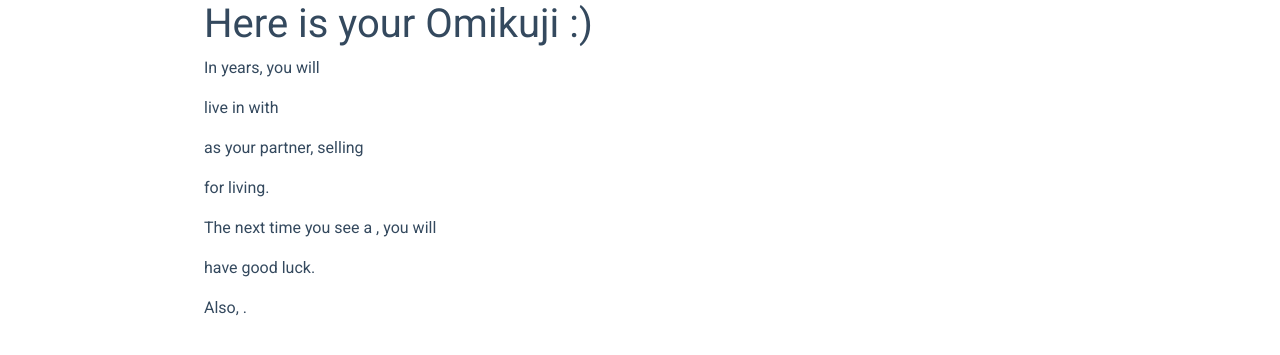
Repository: BensonFirdy/java
Page: http://localhost/Omikuji/WEB-INF/show.jsp
An editor plug-in stored every save of this project. The page is shown before and after the next save, followed by the edit.
The browser window is 1280 px wide. The pictures show the whole page.
The page is served by Tomcat 9. Nobody is signed in. The template is opened directly, without the code that normally fills it, so the values that code supplies are empty.

Above is the page before, as saved 2022-06-29 03:50:36.
Not found: Omikuji/js/app.js

After the next save:
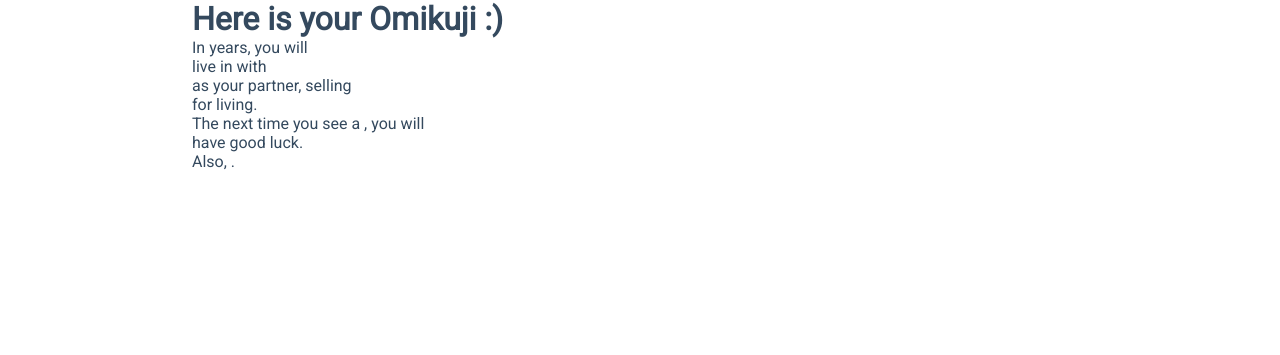
Saved 63 s later.
--- a/Omikuji/src/main/webapp/WEB-INF/show.jsp
+++ b/Omikuji/src/main/webapp/WEB-INF/show.jsp
@@ -9,11 +9,8 @@
 <head>
 <meta charset="UTF-8">
 <title>Omikuji Form</title>
-  <!-- Bootstrap -->
-<link href="https://cdn.jsdelivr.net/npm/bootstrap@5.0.2/dist/css/bootstrap.min.css"
-      rel="stylesheet"
-      integrity="sha384-EVSTQN3/azprG1Anm3QDgpJLIm9Nao0Yz1ztcQTwFspd3yD65VohhpuuCOmLASjC"
-      crossorigin="anonymous">
+
+
 
 <link rel="stylesheet" type="text/css" href="/css/style.css">
 <script type="text/javascript" src="/js/app.js"></script>
